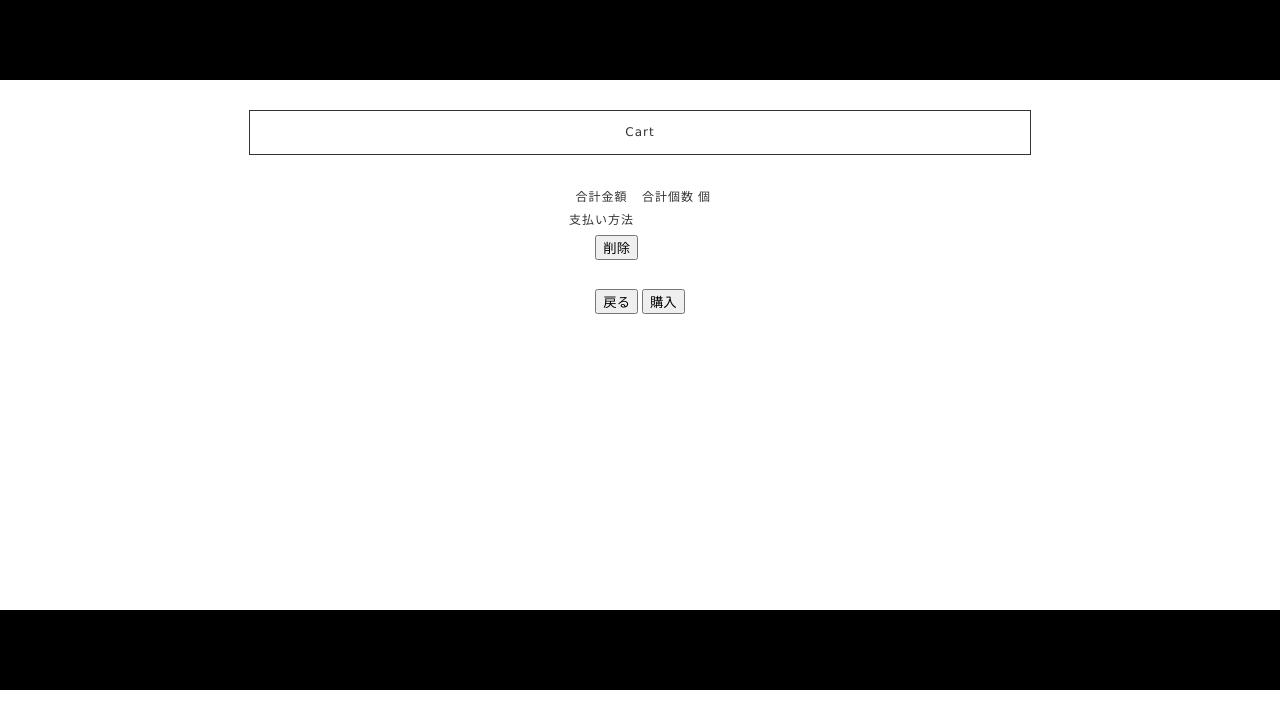
Repository: kazuki7291/backup
Page: http://localhost/template/cart.jsp
These files come from the project's save history. The page is drawn as it stood at one moment and after the next save; the edit follows.
The browser window is 1280 px wide. The pictures show the whole page.
Some web libraries are served in a nearby version. The page is served by Tomcat 9. Other server files are loaded and not shown.

Above is the page before, as saved 2018-01-10 11:44:59.

### template/WebContent/cart.jsp

<%@ page language="java" contentType="text/html; charset=UTF-8"
	pageEncoding="UTF-8"%>
<%@ taglib prefix="s" uri="/struts-tags"%>

<!DOCTYPE html>
<html>
<head>
	<meta charset="utf-8">
	<meta http-equiv="Content-Type" content="text/html; charset=utf-8" />
	<meta http-equiv="Content-Style-Type" content="text/css" />
	<meta http-equiv="Content-Script-Type" content="text/javascript" />
	<meta http-equiv="imagetoolbar" content="no" />
	<meta name="description" content="" />
	<meta name="keywords" content="" />
	<meta charset="utf-8">
	<script src="http://ajax.googleapis.com/ajax/libs/jquery/1.9.1/jquery.min.js"></script>
	<title>Cart画面</title>
	<style type="text/css">
	/* ========TAG LAYOUT======== */
		body {
		   margin:0;
		   padding:0;
		   line-height:1.6;
		   letter-spacing:1px;
		   font-family:Verdana, Helvetica, sans-serif;
		   font-size:12px;
		   color:#333;
		   background:#fff;
		}

		table {
			text-align:center;
			margin:0 auto;
		}

	/* ========ID LAYOUT======== */
		#top {
		   width:780px;
		   margin:30px auto;
		   border:1px solid #333;
		}

		#header {
		   width: 100%;
		   height: 80px;
		   background-color: black;
		}

		#main {
		   width: 100%;
		   height: 500px;
		   text-align: center;
		}

		#footer {
			width: 100%;
			height: 80px;
			background-color: black;
			clear:both;
		}
	</style>
	<script type="text/javascript">
		function submitAction(url) {
			$('form').attr('action', url);
			$('form').submit();
		}
	</script>
</head>
<body>
	<div id="header">
	 	<div id="pr">
		</div>
	</div>
	<div id="main">
		<div id="top">
			<p>Cart</p>
		</div>
		<div>
		<s:if test="session.total_count == 0">
			<td>商品情報がありません。</td>
		</s:if>
		<s:else>
			<s:form action="DeleteCartAction">
			<s:iterator value = "session.buyitemCartList">
				<tr>
					<td>
						<s:property value="itemName" />
					</td>
					<td>
						<s:property value="itemPrice" />
					</td>
					<td></td>
					<td>
						<s:property value="count" /><span>個</span>
					</td>
					<td>
						<input type="checkbox" name="DeleteFlag" value="<s:property value='id' />"/>
					</td>
				</tr>
			</s:iterator>
				<tr>
					<td>合計金額</td>
					<td><s:property value="session.total_price"/></td>
					<td>合計個数</td>
					<td><s:property value="session.total_count"/><span>個</span></td>
				</tr>
				<tr>
					<td>支払い方法</td>
					<td><s:property value="session.pay" /></td>
					<td>
						<s:submit value="削除"/>
					</td>
				</tr>
			</s:form>
		</s:else>
		<s:form>
				<tr>
					<td>
						<br>
					</td>
				</tr>
				<tr>
					<td><input type="button" value="戻る" onclick="submitAction('HomeAction')" /></td>
					<td><input type="button" value="購入" onclick="submitAction('GobuyItemConfirmAction')" /></td>
				</tr>
			</s:form>
		</div>
	</div>
	<div id="footer">
		<div id="pr">
		</div>
	</div>
</body>
</html>

After the next save:
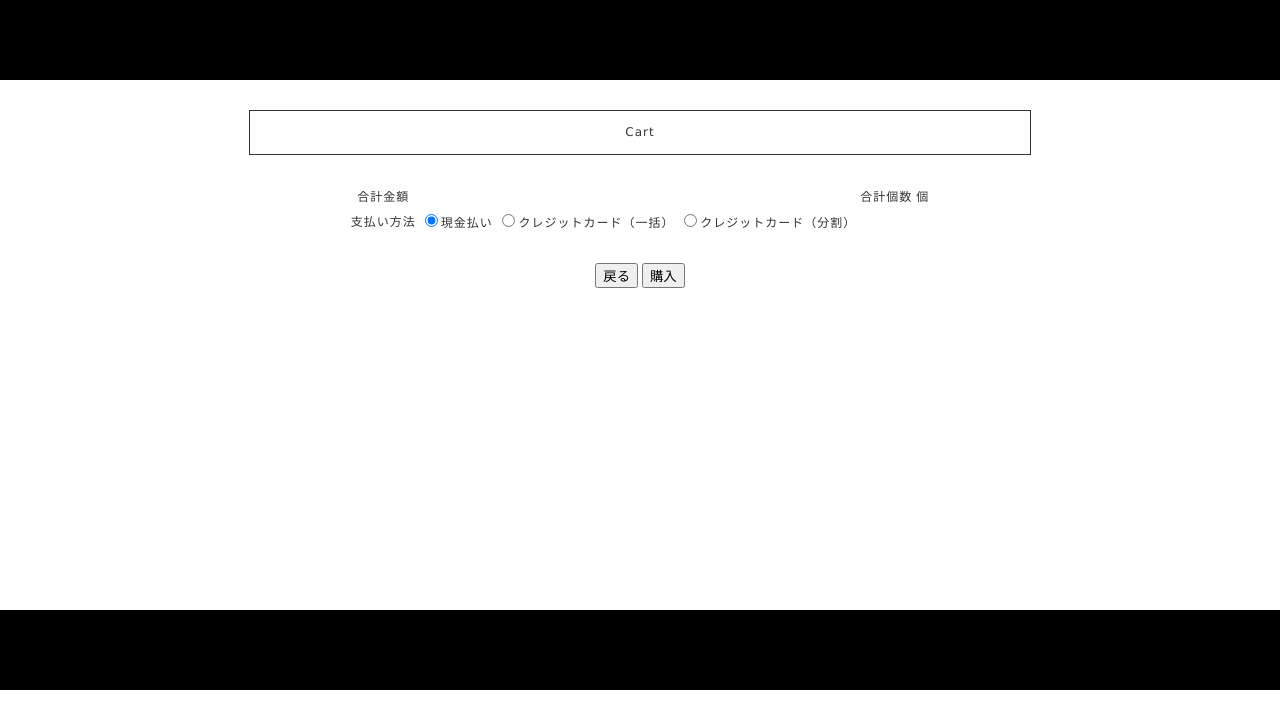
Saved 17 s later.
--- a/template/WebContent/cart.jsp
+++ b/template/WebContent/cart.jsp
@@ -105,13 +105,16 @@
 					<td>合計個数</td>
 					<td><s:property value="session.total_count"/><span>個</span></td>
 				</tr>
-				<tr>
-					<td>支払い方法</td>
-					<td><s:property value="session.pay" /></td>
-					<td>
-						<s:submit value="削除"/>
-					</td>
-				</tr>
+					<tr>
+						<td>
+							<span>支払い方法</span>
+						</td>
+						<td>
+							<input type="radio" name="pay" value="1" checked="checked">現金払い
+							<input type="radio" name="pay" value="2">クレジットカード（一括）
+							<input type="radio" name="pay" value="3">クレジットカード（分割）
+						</td>
+					</tr>
 			</s:form>
 		</s:else>
 		<s:form>
